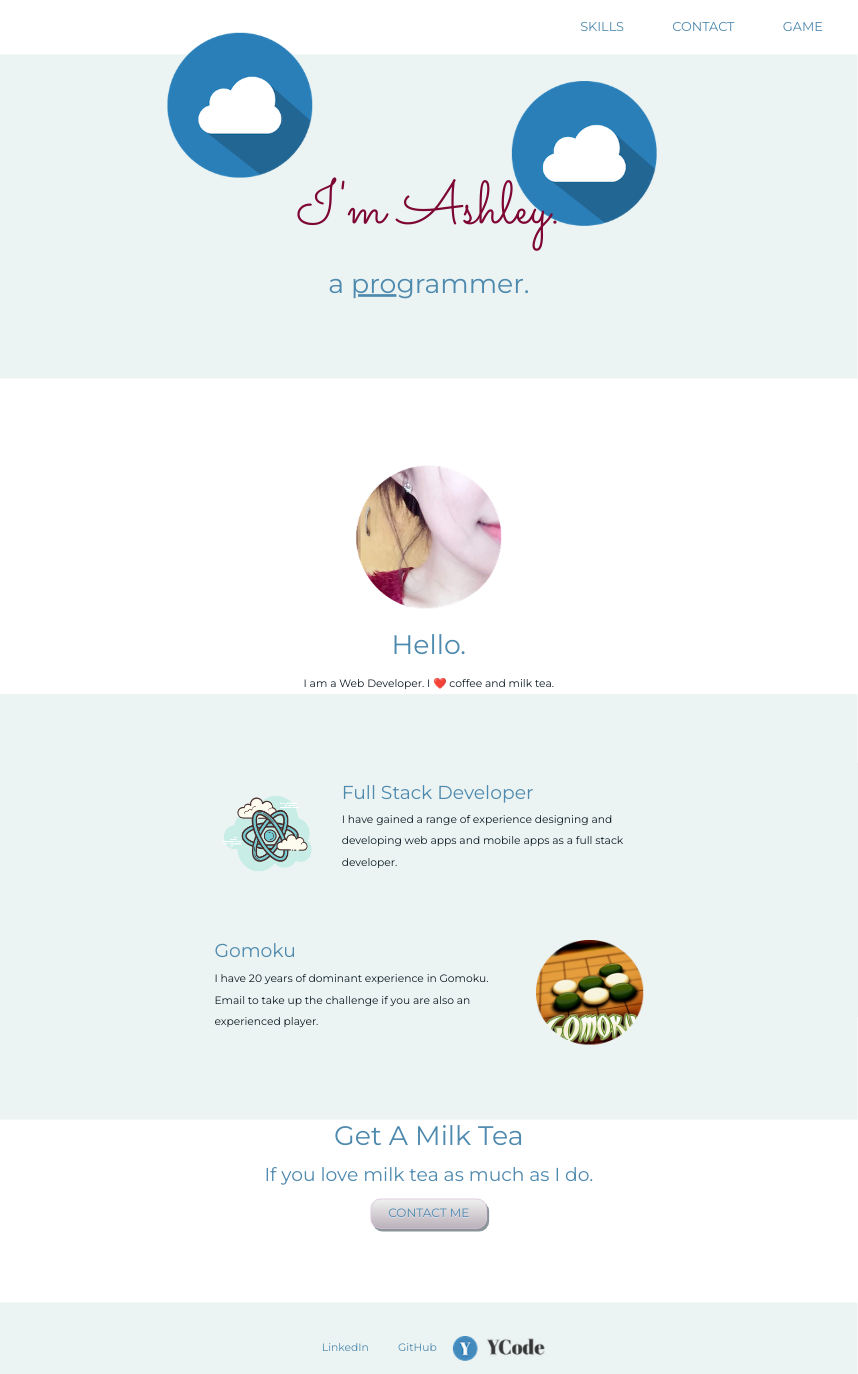
Repository: nosugarpls/YCode-my-website
Page: index.html
The author's editor kept a copy of each file at every save. The page is drawn from the files as they stood at one save, then again after the next save.
The browser window is 1280 px wide. The pictures show the whole page, at 67% of full size.

Above is the page before, as saved 2020-09-25 10:16:20.

After the next save:
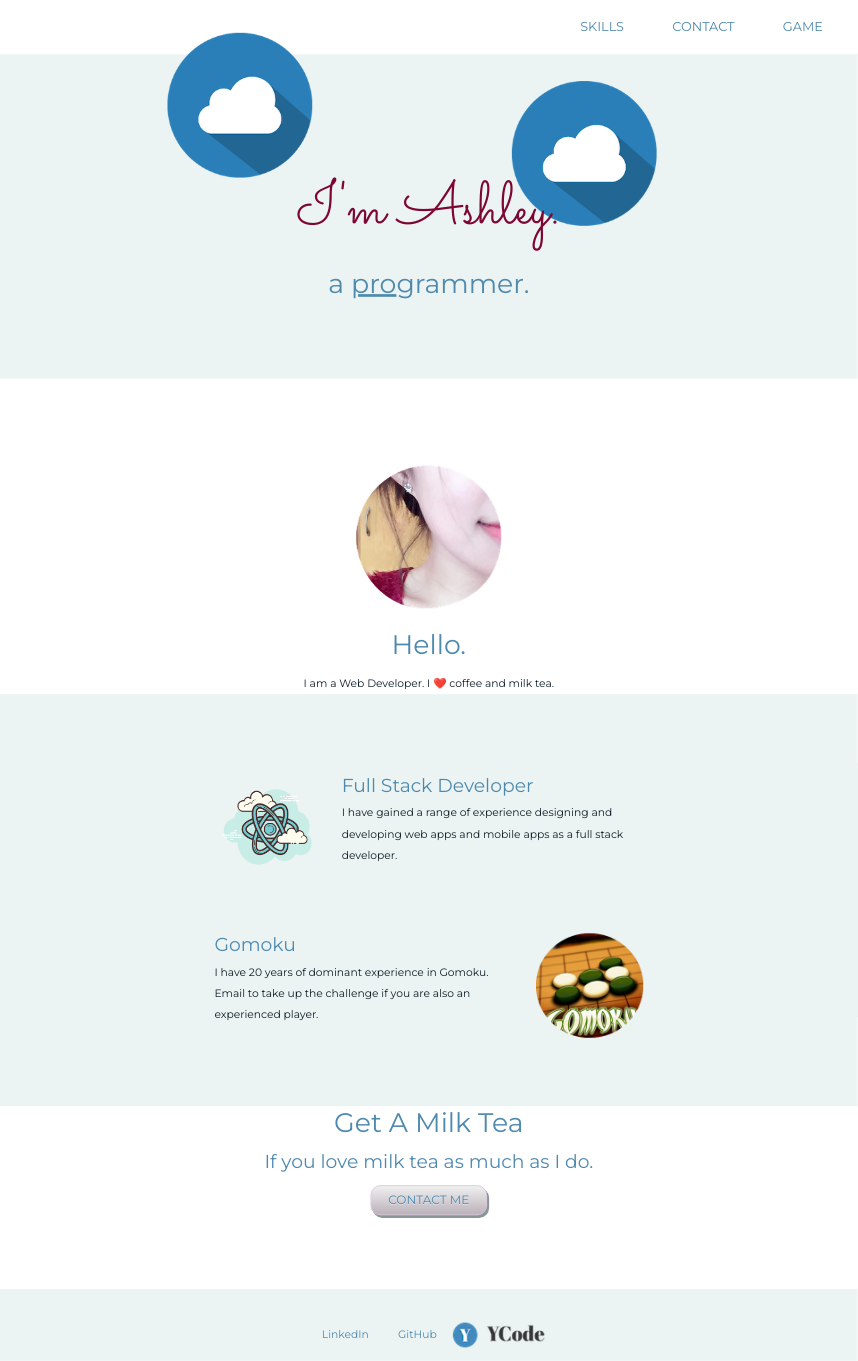
Saved 4 min 10 s later.
--- a/css/styles.css
+++ b/css/styles.css
@@ -52,8 +52,8 @@ a {
 
 .skills {
   background-color: #ecf4f3;
-  padding-top: 30px;
-  padding-bottom: 30px;
+  padding-top: 20px;
+  padding-bottom: 20px;
 
 }
 
